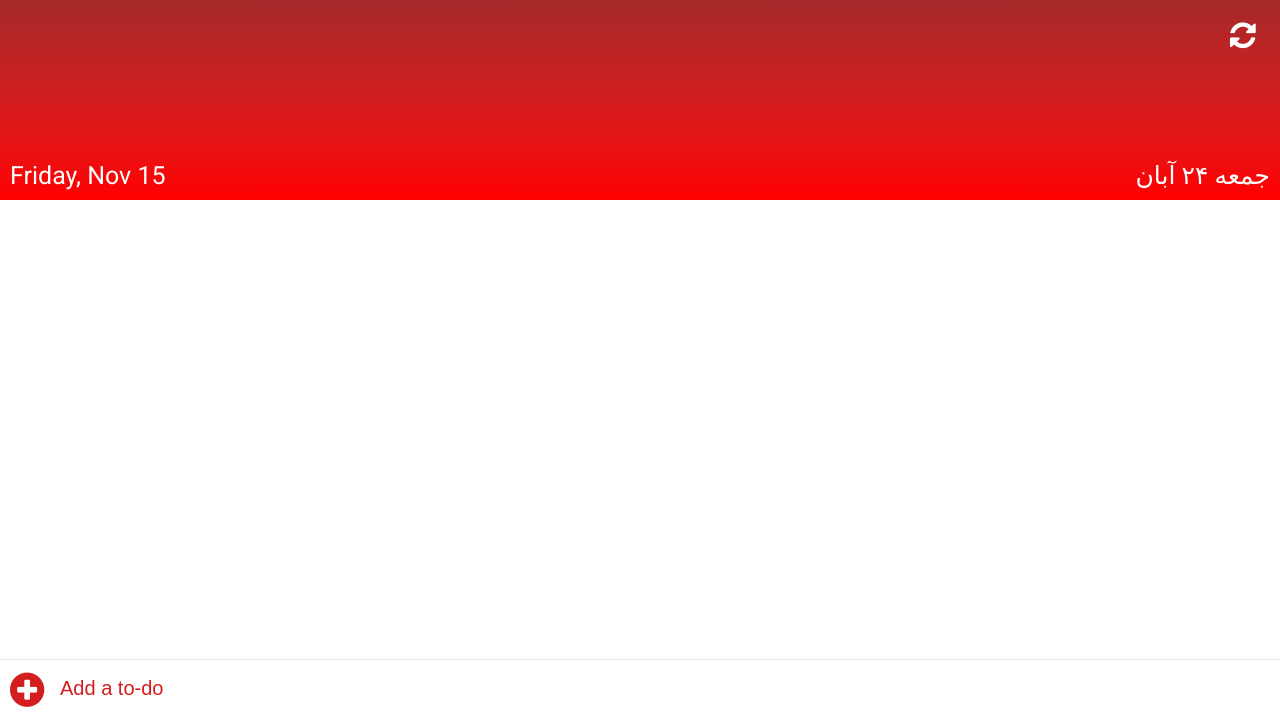
Repository: abouzarSoleymani/todo-js
Page: index.html
An editor plug-in stored every save of this project. The page is shown before and after the next save, followed by the edit.
The browser window is 1280 px wide. The pictures show the whole page.

Above is the page before, as saved 2019-11-15 16:19:04.

### index.html
<!-- CODE EXPLAINED CHANNEL -->
<!DOCTYPE html>
<html lang="en">
<head>
    <meta charset="UTF-8">
    <title>JavaScript - To Do List</title>
    <link href="https://fonts.googleapis.com/css?family=Roboto|Signika&display=swap" rel="stylesheet">
    <script src="https://unpkg.com/sweetalert/dist/sweetalert.min.js"></script>
        <link rel="stylesheet" href="css/font-awesome.css">
    <link rel="stylesheet" href="css/style.css">
</head>
<body>
    <div class="container">
        <div class="header">
            <div class="clear">
                <i class="fa fa-refresh"></i>
            </div>
            <div id="date"></div>
            <div id="date-fa"></div>
        </div>
        <div class="content">
            <ul id="list">
               <!--
                <li class="item">
                    <i class="fa fa-circle-thin co" job="complete" id="0"></i>
                    <p class="text">Drink Coffee</p>
                    <i class="fa fa-trash-o de" job="delete" id="0"></i>
                </li> -->
            </ul>
        </div>
        <div class="add-to-do">
            <i class="fa fa-plus-circle"></i>
            <input type="text" id="input" placeholder="Add a to-do">
        </div>
    </div>
    <script src="js/app.js"></script>
</body>
</html>

### css/style.css
/* ------------ youtube.com/CodeExplained ------------ */
body{
    padding: 0;
    margin: 0;
    background-color: rgba(255, 255, 255, 0.1);
    font-family: 'Roboto', sans-serif;
    height: 100vh;
}

/* ------------ container ------------ */
.container{
    width:100%;
    height:100%;
    margin:0 auto;
}

/* ------------ header ------------ */
.header{
    width: 100%;
    height:200px;
    background-image: linear-gradient(to top, #ff0000, #e91214, #d31d1e, #bd2425, #a62929);
    position: relative;
}
.clear{
    width : 30px;
    height: 30px;
    position: absolute;
    right:20px;
    top: 20px;
}
.clear i{
    font-size: 30px;
    color: #FFF;
}
.clear i:hover{
    cursor: pointer;
    text-shadow: 1px 3px 5px #000;
    transform: rotate(45deg);
}
#date{
    position: absolute;
    bottom: 10px;
    left: 10px;
    color: #FFF;
    font-size: 25px;
}
#date-fa{
    position: absolute;
    bottom: 10px;
    right: 10px;
    color: #FFF;
    font-size: 25px;
}

/* ------------ content ------------ */
.content{
    width:100%;
    height: 350px;
    max-height:350px;
    background-color: #FFF;
    overflow: auto;
    padding-top: 40px;
}
.content::-webkit-scrollbar {
    display: none;
}
.content ul{
    padding:0;
    margin:0;
}
.item{
    width:100%;
    height: 45px;
    min-height: 45px;
    position: relative;
    border-bottom: 1px solid rgba(0,0,0,0.1);
    list-style: none;
    padding: 0;
    margin: 0;
}
.item i.co{
    position: absolute;
    font-size: 25px;
    padding-left:5px;
    left:15px;
    top:10px;
}
.item i.co:hover{
    cursor: pointer;
}
.fa-check-circle{
    color:#6eb200;
}
.item p.text{
    position: absolute;
    padding:0;
    margin:0;
    font-size: 20px;
    left:50px;
    top:5px;
    background-color: #FFF;
}
.lineThrough{
    text-decoration: line-through;
    color : #ccc;
}
.item i.de{
    position: absolute;
    font-size: 25px;
    right:15px;
    top:10px;
}
.item i.de:hover{
    color:#af0000;
    cursor: pointer;
}
/* ------------ add item ------------ */
.add-to-do{
    position: fixed;
    height:40px;
    bottom: 0;
    background-color: #FFF;
    padding: 10px;
    border-top: 1px solid rgba(0,0,0,0.1);
    left: 0;
    right: 0;
}
.add-to-do i{
    position: absolute;
    font-size: 40px;
    color: #d31d1e;
}

.add-to-do input{
    position: absolute;
    left: 50px;
    height: 35px;
    background-color: transparent;
    border: none;
    font-size: 20px;
    padding-left:10px;
    width: calc(100% - 85px);
}
.add-to-do input::-webkit-input-placeholder { /* Chrome/Opera/Safari */
    color: #d31d1e;
    font-size: 20px;
}
.add-to-do input::-moz-placeholder { /* Firefox 19+ */
    color: #d31d1e;
    font-size: 20px;
}
.add-to-do input:-ms-input-placeholder { /* IE 10+ */
    color: #d31d1e;
    font-size: 20px;
}
.add-to-do input:-moz-placeholder { /* Firefox 18- */
    color: #d31d1e;
    font-size: 20px;
}

### js/app.js
// CODE EXPLAINED channel

// Select the Elements
const clear = document.querySelector(".clear");
const dateElementEN = document.getElementById("date");
const dateElementFA = document.getElementById("date-fa");
const list = document.getElementById("list");
const input = document.getElementById("input");

// Classes names
const CHECK = "fa-check-circle";
const UNCHECK = "fa-circle-thin";
const LINE_THROUGH = "lineThrough";

// Variables
let LIST, id;

// get item from localstorage
let data = localStorage.getItem("TODO");

// check if data is not empty
if(data){
    LIST = JSON.parse(data);
    id = LIST.length; // set the id to the last one in the list
    loadList(LIST); // load the list to the user interface
}else{
    // if data isn't empty
    LIST = [];
    id = uuidv4();
}

// load items to the user's interface
function loadList(array){
    array.forEach(function(item){
        addToDo(item.name, item.id, item.done, item.trash);
    });
}

// clear the local storage
clear.addEventListener("click", function(){
    localStorage.clear();
    location.reload();
});

// Show todays date
const optionsEN = {weekday : "long", month:"short", day:"numeric"};
const optionsFA = { weekday : "long", month:"short", day:"numeric"};
const today = new Date();

dateElementEN.innerHTML = today.toLocaleDateString("en-US", optionsEN);
dateElementFA.innerHTML = today.toLocaleDateString("fa", optionsFA);

// add to do function

function addToDo(toDo, id, done, trash){

    if(trash){ return; }

    const DONE = done ? CHECK : UNCHECK;
    const LINE = done ? LINE_THROUGH : "";
    const item = `<li class="item">
                    <i class="fa ${DONE} co" job="complete" id="${id}"></i>
                    <p class="text ${LINE}">${toDo}</p>
                    <i class="fa fa-trash-o de" job="delete" id="${id}"></i>
                  </li>
                `;

    const position = "beforeend";

    list.insertAdjacentHTML(position, item);
}

// add an item to the list user the enter key
document.addEventListener("keyup",function(even){
    if(event.keyCode == 13){
        const toDo = input.value;

        // if the input isn't empty
        if(toDo){
            addToDo(toDo, id, false, false);

            LIST.push({
                name : toDo,
                id : id,
                done : false,
                trash : false
            });

            // add item to localstorage ( this code must be added where the LIST array is updated)
            localStorage.setItem("TODO", JSON.stringify(LIST));

            id = uuidv4();
        }
        input.value = "";
    }
});


// complete to do
function completeToDo(element){
    element.classList.toggle(CHECK);
    element.classList.toggle(UNCHECK);
    element.parentNode.querySelector(".text").classList.toggle(LINE_THROUGH);

  //  LIST[element.id].done = LIST[element.id].done ? false : true;
    let item = LIST.find(item => item.id == element.id);
        item.done? item.done = false : item.done = true;
    // add item to localstorage ( this code must be added where the LIST array is updated)
    console.log(LIST.find(item => item.id == element.id).done)
    localStorage.setItem("TODO", JSON.stringify(LIST));
}

// remove to do
function removeToDo(element){
    confirm().then((willDelete) => {
        if(!willDelete)
         return;
        LIST.find(item => item.id == element.id).trash = true;
        element.parentNode.parentNode.removeChild(element.parentNode);
        showAlert("Poof! Your imaginary file has been deleted!", true);
         // add item to localstorage ( this code must be added where the LIST array is updated)
        localStorage.setItem("TODO", JSON.stringify(LIST));
        console.log(LIST)
    })

}

// target the items created dynamically

list.addEventListener("click", function(event){
    const element = event.target; // return the clicked element inside list
    const elementJob = element.attributes.job?element.attributes.job.value: ''; // complete or delete
    if(elementJob == "complete"){
        completeToDo(element);
    }else if(elementJob == "delete"){
        removeToDo(element);
    }


});

async function confirm() {
    try{
        let status = await swal({
            title: "Are you sure?",
            text: "Once deleted, you will not be able to recover this imaginary file!",
            icon: "warning",
            buttons: true,
            dangerMode: true,
          })
          return status;
    }catch(e){
        console.log(e)
    }

}
showAlert = (text, status) => {
    if(status){
        swal(text, {
            icon: "success",
          });
    }else{
        swal(text, {
            icon: "error",
          });
    }

}

function uuidv4() {
    return 'xxxxxxxx-xxxx-4xxx-yxxx-xxxxxxxxxxxx'.replace(/[xy]/g, function(c) {
      var r = Math.random() * 16 | 0, v = c == 'x' ? r : (r & 0x3 | 0x8);
      return v.toString(16);
    });
  }

Loaded but not shown: css/font-awesome.css (library)

After the next save:
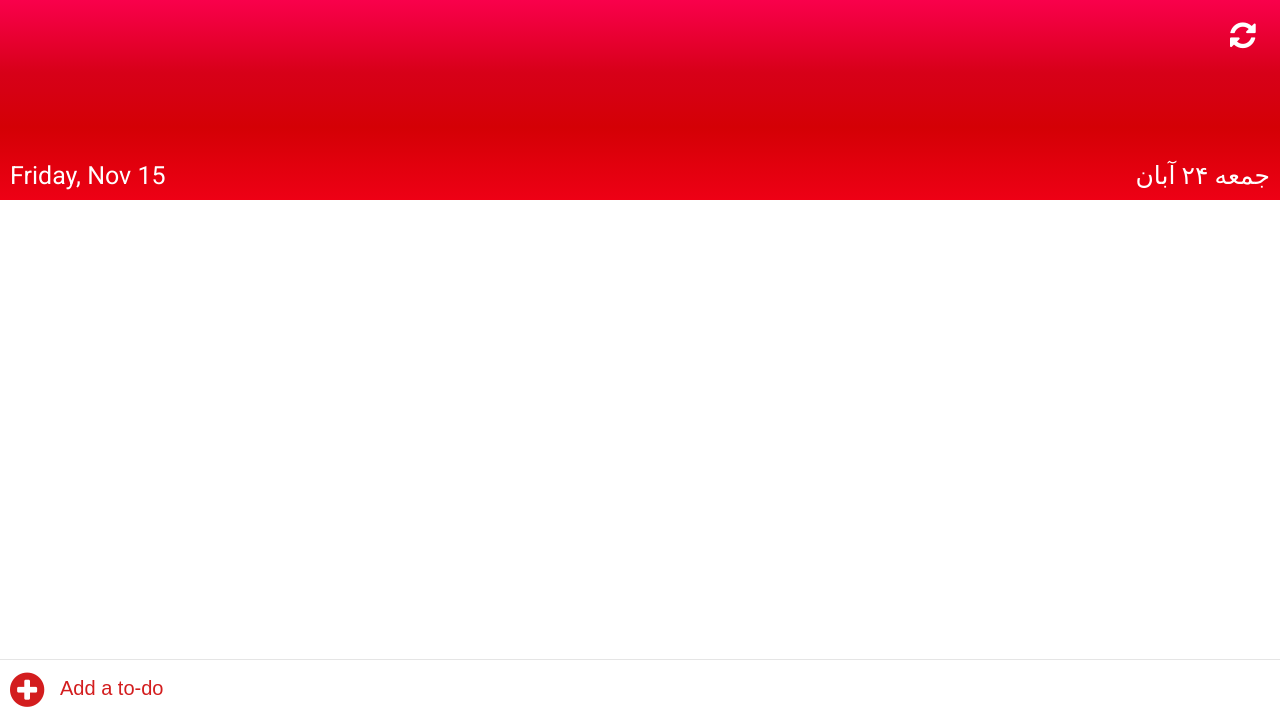
Saved 88 s later.
--- a/css/style.css
+++ b/css/style.css
@@ -18,8 +18,7 @@ body{
 .header{
     width: 100%;
     height:200px;
-    background-image: linear-gradient(to top, #ff0000, #e91214, #d31d1e, #bd2425, #a62929);
-    position: relative;
+    background-image: linear-gradient(to top, #ee0015, #e70011, #e1000d, #da0009, #d40005, #d5000c, #d60013, #d70018, #e00026, #e90032, #f1003f, #f9004b);    position: relative;
 }
 .clear{
     width : 30px;
